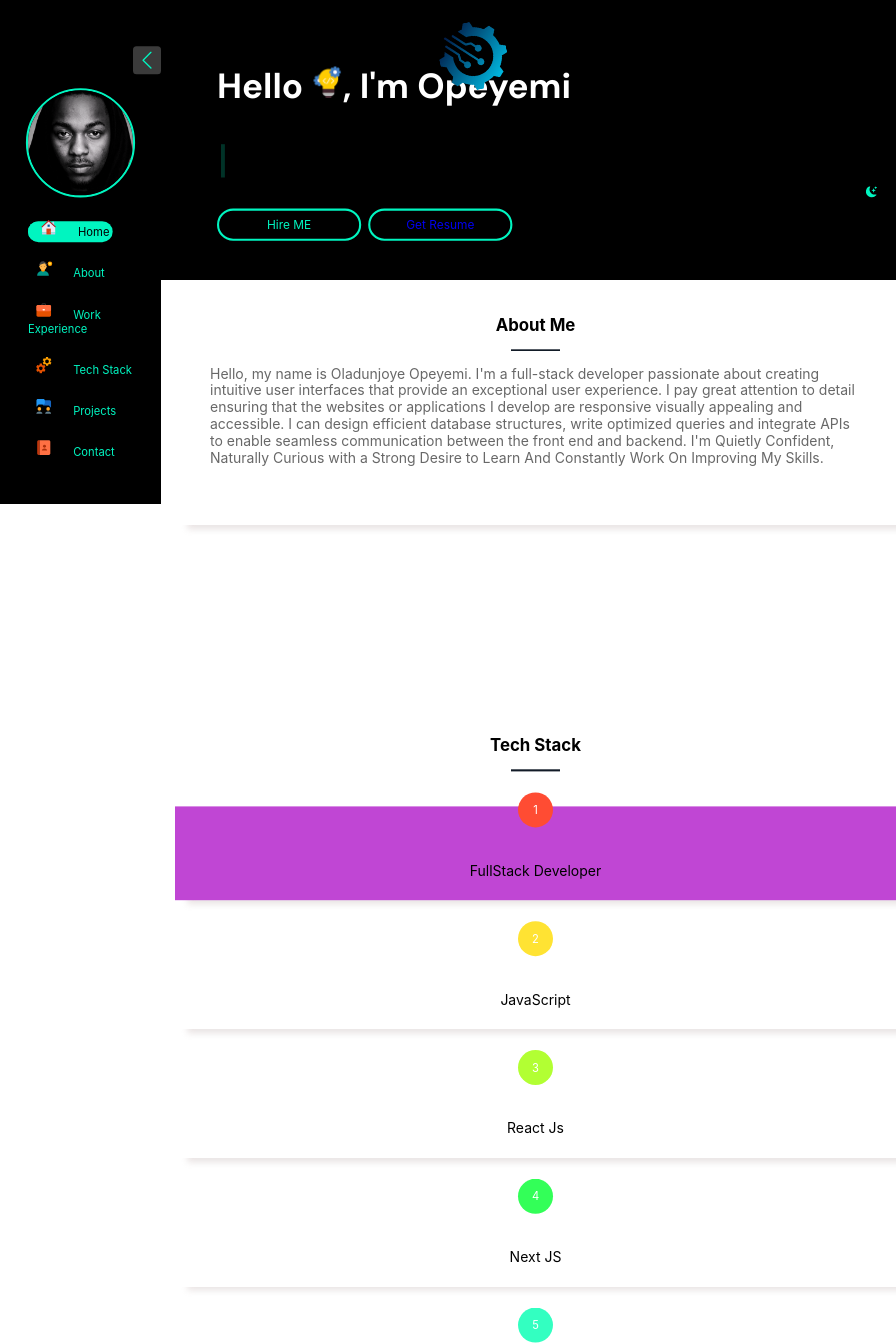
Repository: Laoye99/portfolio
Page: /
The author's editor kept a copy of each file at every save. The page is drawn from the files as they stood at one save, then again after the next save.
The browser window is 1280 px wide. The pictures show the part of the page from y = 0 to 1920 px (the page is 2877 px tall), at 70% of full size.
The project was rebuilt for these pictures with package versions that can differ from the ones it lists, and the page was loaded fresh each time. Imported but missing from the stored project, and not drawn on this page: src/components/Home/MyResume.pdf.

Above is the page before, as saved 2024-02-15 14:53:47.

After the next save:
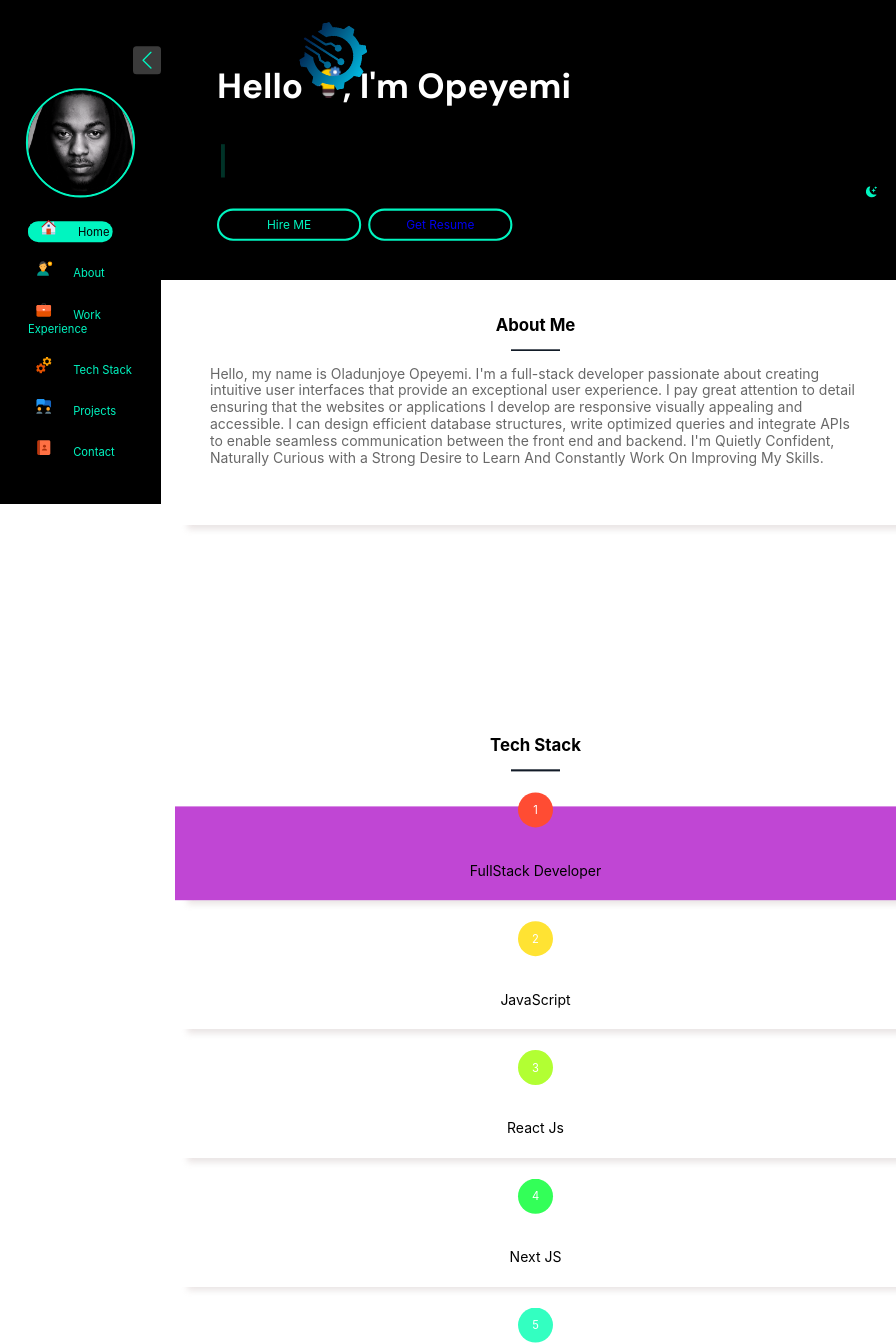
Saved 2 min 49 s later.
--- a/src/components/Home/Home.css
+++ b/src/components/Home/Home.css
@@ -84,7 +84,7 @@
 .automation {
   position: absolute;
   top: 0;
-  right: 100px;
+  right: 300px;
   height: 100px;
   animation: rotation infinite 5s linear;
 }
